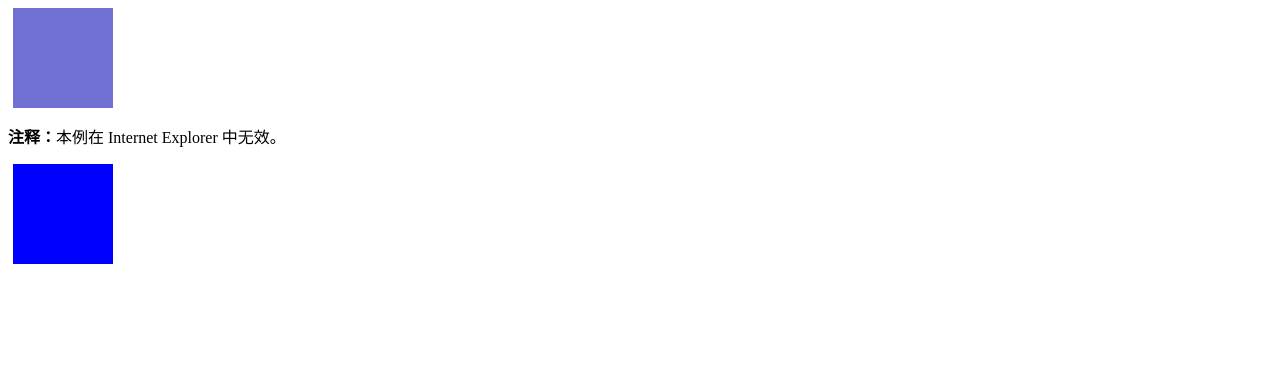
Repository: YukiXueyan/moquWebsite
Page: html/动画.html
An editor plug-in stored every save of this project. The page is shown before and after the next save, followed by the edit.
The browser window is 1280 px wide. The pictures show the whole page.

Above is the page before, as saved 2020-07-05 16:53:53.

After the next save:
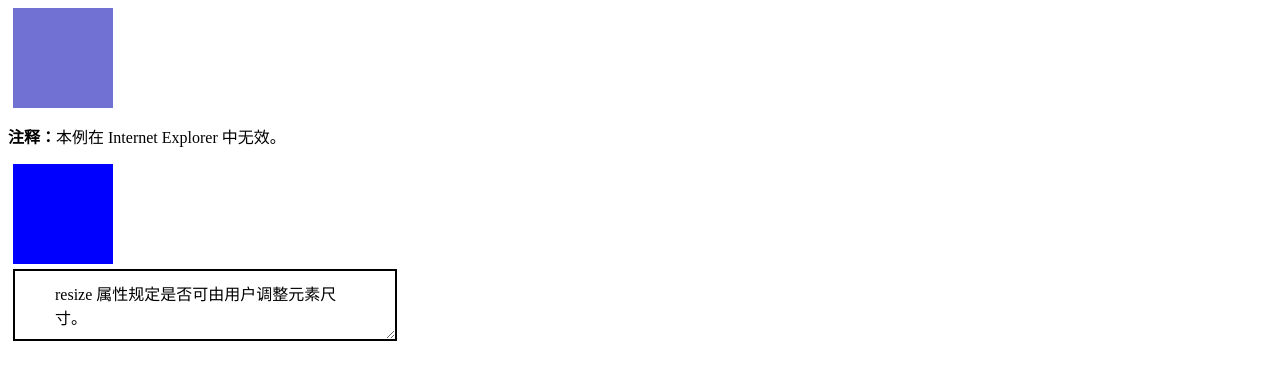
Saved 2 min 4 s later.
--- a/html/动画.html
+++ b/html/动画.html
@@ -34,7 +34,13 @@ animation:myfirst2 10s;
 100% {background:green;}
 }
 
-
+#d3{
+border:2px solid;
+padding:10px 40px;
+width:300px;
+resize:both;
+overflow:auto;
+}
 
 </style>
 </head>
@@ -43,5 +49,6 @@ animation:myfirst2 10s;
 <div id="d1"></div>
 <p><b>注释：</b>本例在 Internet Explorer 中无效。</p>
 <div id="d2"></div>
+<div id="d3">resize 属性规定是否可由用户调整元素尺寸。</div>
 </body>
 </html>
